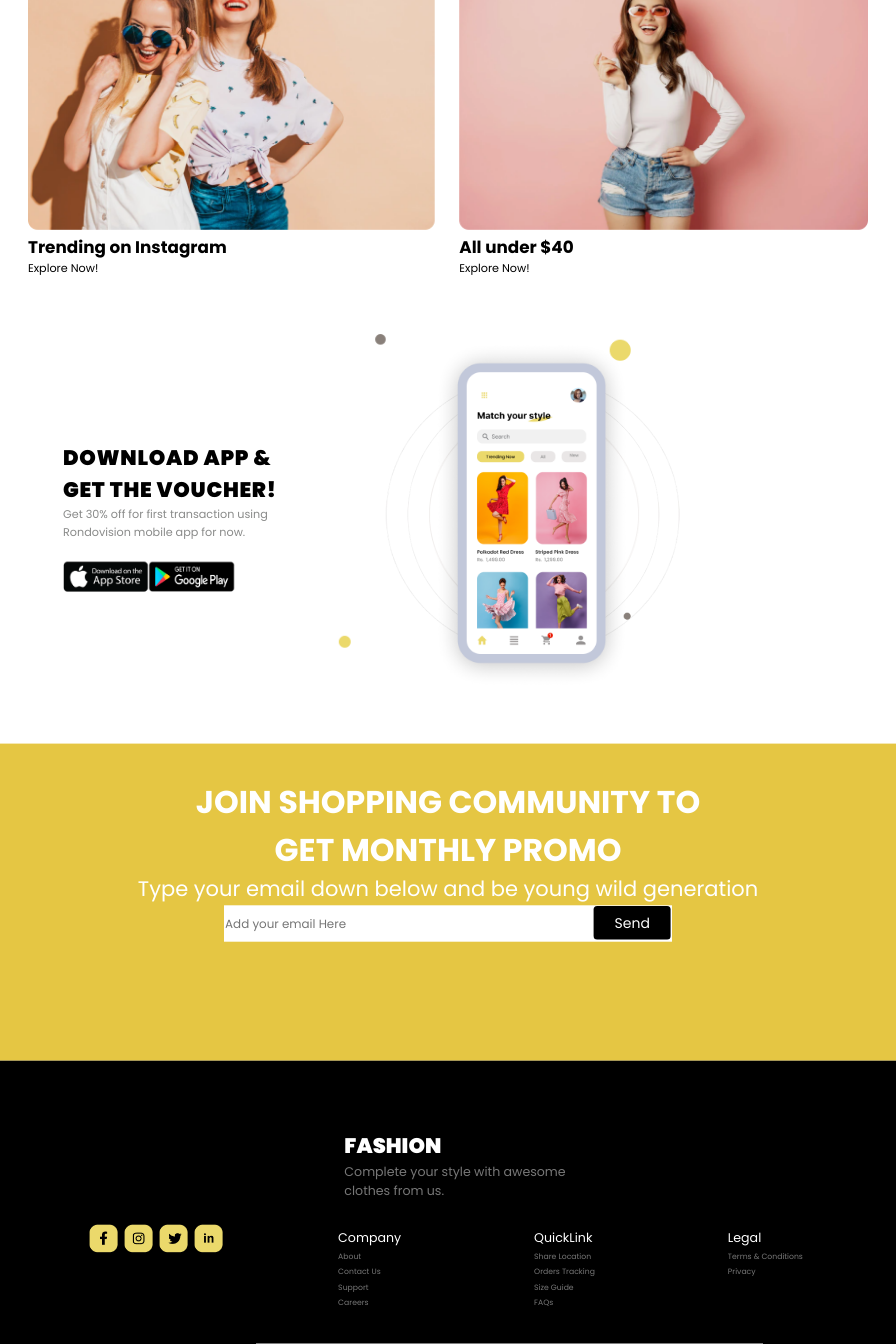
Repository: isaacCodes1/FashionWebsite
Page: index.html
These files come from the project's save history. The page is drawn as it stood at one moment and after the next save; the edit follows.
The browser window is 1280 px wide. The pictures show the part of the page from y = 2505 to 4425 px (the page is 4425 px tall), at 70% of full size.

Above is the page before, as saved 2024-03-14 10:44:38.

After the next save:
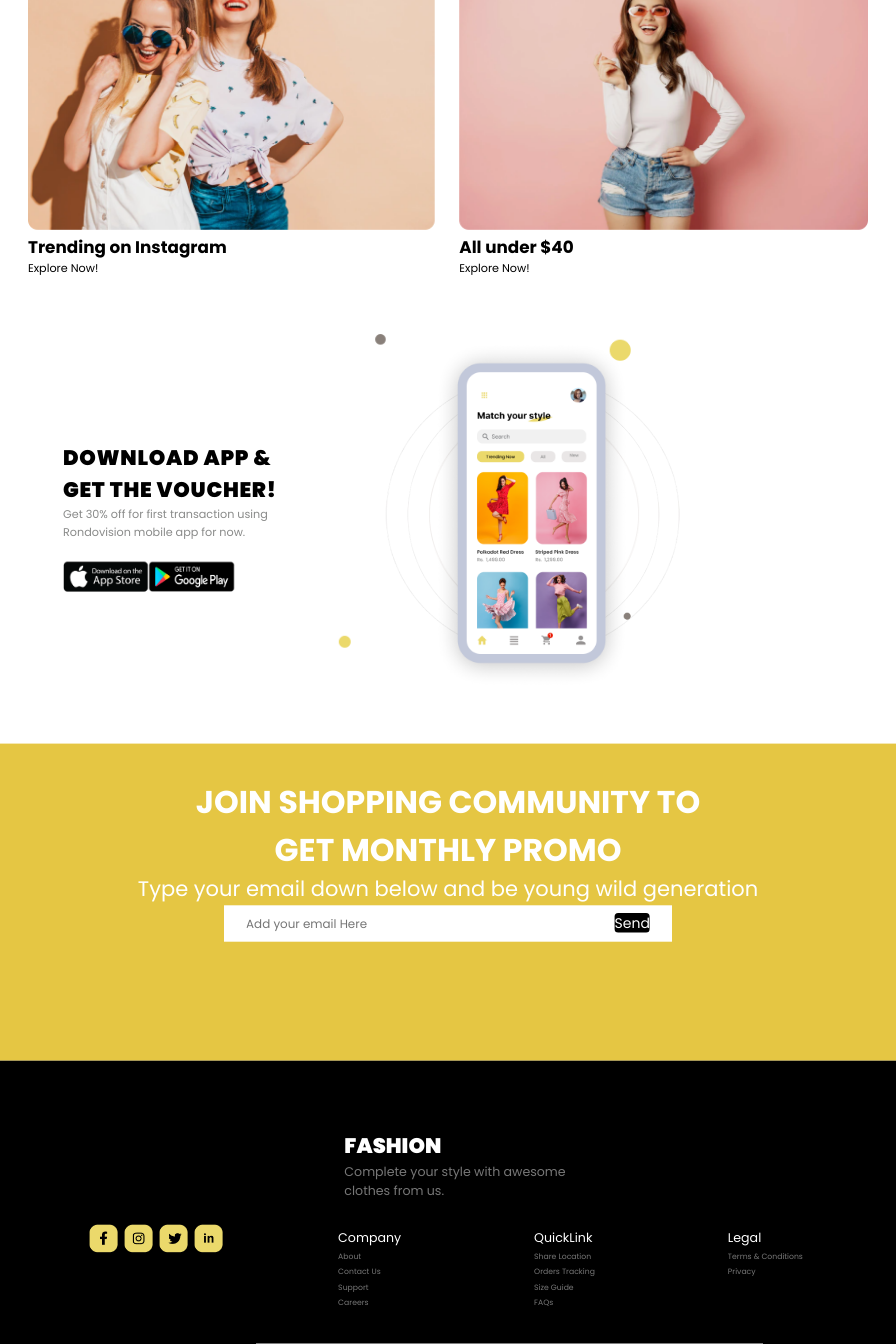
Saved 31 s later.
--- a/style.css
+++ b/style.css
@@ -501,7 +501,7 @@
   text-decoration: 0;
   color: #fff;
   background: #000;
-  padding: 10px 30px;
+  /* padding: 10px 30px; */
   border-radius: 5px;
 }
 .footDiv {

After the 3 saves that followed:
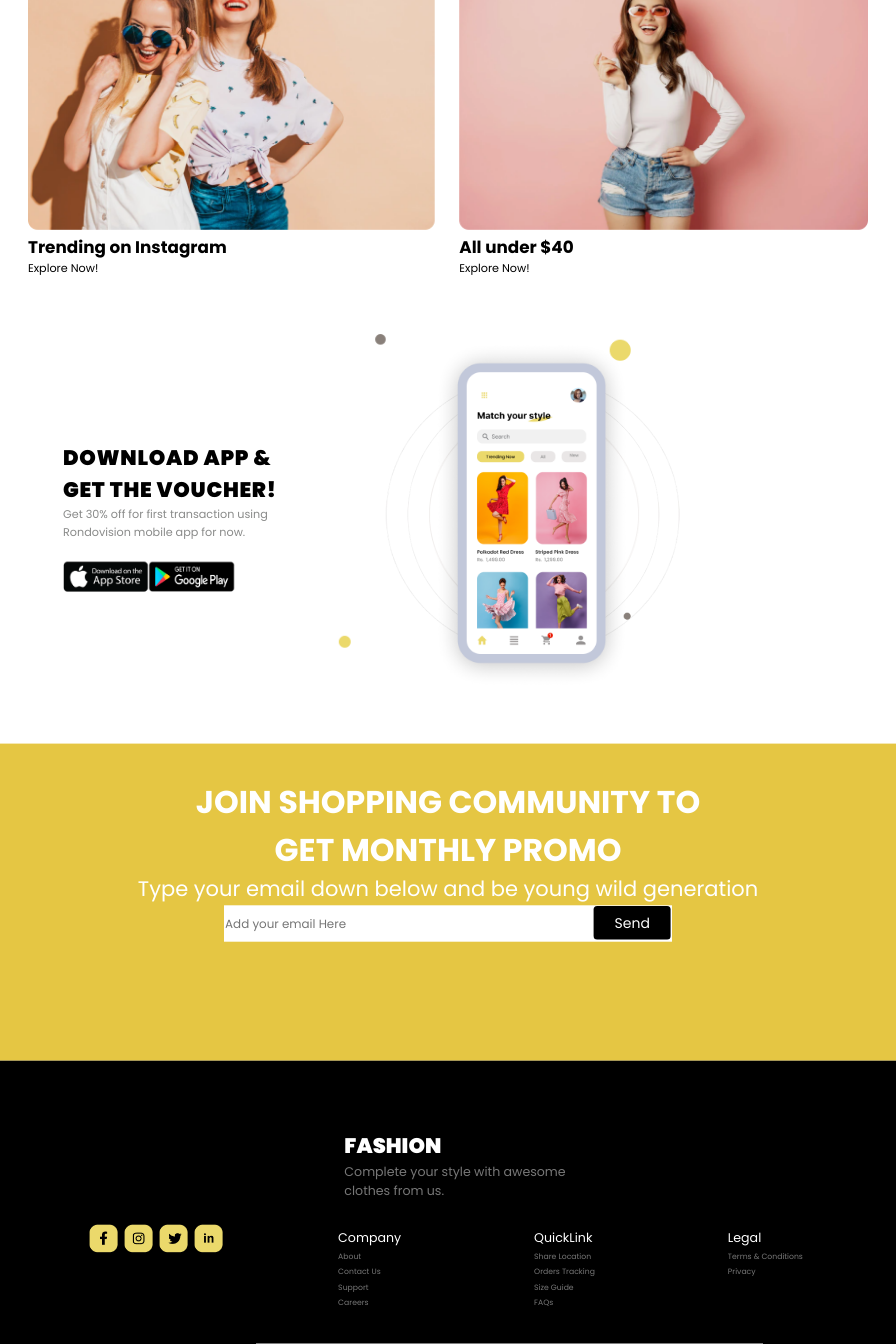
The 3 saves are shown as one change because they came seconds apart.
The last was saved 11 s later.
--- a/style.css
+++ b/style.css
@@ -501,7 +501,8 @@
   text-decoration: 0;
   color: #fff;
   background: #000;
-  /* padding: 10px 30px; */
+  padding: 10px 30px;
+  width: ;
   border-radius: 5px;
 }
 .footDiv {
